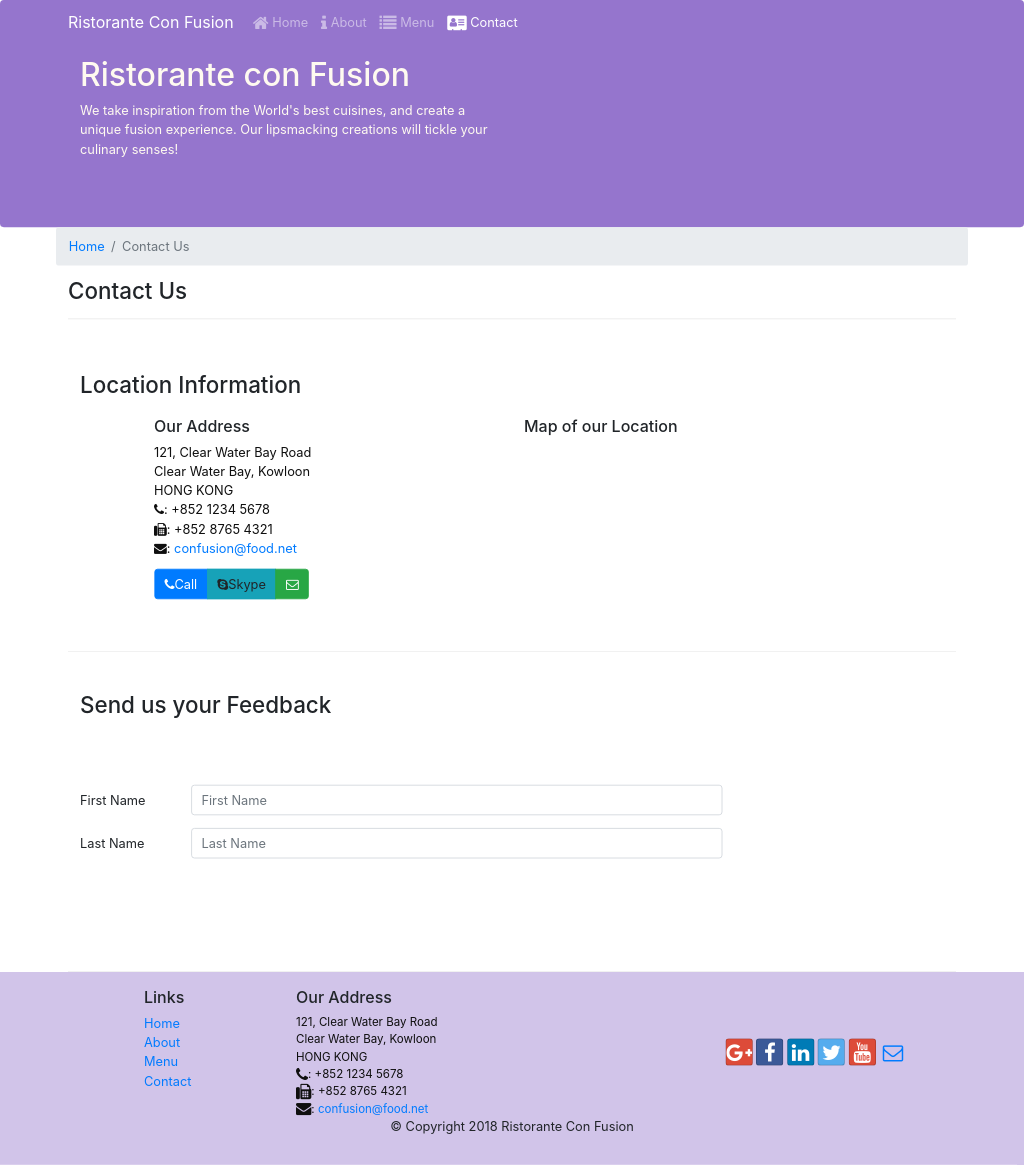
Repository: HwZau/conFusion
Page: contactus.html
The author's editor kept a copy of each file at every save. The page is drawn from the files as they stood at one save, then again after the next save.
The browser window is 1280 px wide. The pictures show the whole page, at 80% of full size.

Above is the page before, as saved 2022-05-19 09:43:45.

### contactus.html
<!DOCTYPE html>
<html lang="en">
  <head>
    <title>Ristorante Con Fusion: About Us</title>
    <!-- Required meta tags always come first -->
    <meta charset="utf-8" />
    <meta
      name="viewport"
      content="width=device-width, initial-scale=1, shrink-to-fit=no"
    />
    <meta http-equiv="x-ua-compatible" content="ie=edge" />

    <!-- Bootstrap CSS -->
    <link
      rel="stylesheet"
      href="node_modules/bootstrap/dist/css/bootstrap.min.css"
    />
    <link
      rel="stylesheet"
      href="node_modules/font-awesome/css/font-awesome.min.css"
    />
    <link
      rel="stylesheet"
      href="node_modules/bootstrap-social/bootstrap-social.css"
    />
    <link rel="stylesheet" href="css/style.css" />
  </head>

  <body>
    <nav class="navbar navbar-dark navbar-expand-sm fixed-top">
      <div class="container">
        <button
          class="navbar-toggler"
          type="button"
          data-toggle="collapse"
          data-target="#Navbar"
        >
          <span class="navbar-toggler-icon"></span>
        </button>
        <a class="navbar-brand" href="#">Ristorante Con Fusion</a>
        <div class="collapse navbar-collapse" id="Navbar">
          <ul class="navbar-nav mr-auto">
            <li class="nav-item">
              <a class="nav-link" href="./index.html"
                ><span class="fa fa-home fa-lg"></span> Home</a
              >
            </li>
            <li class="nav-item">
              <a class="nav-link" href="./aboutus.html"
                ><span class="fa fa-info fa-lg"></span> About</a
              >
            </li>
            <li class="nav-item">
              <a class="nav-link" href="#"
                ><span class="fa fa-list fa-lg"></span> Menu</a
              >
            </li>
            <li class="nav-item active">
              <a class="nav-link" href="#"
                ><span class="fa fa-address-card fa-lg"></span> Contact</a
              >
            </li>
          </ul>
        </div>
      </div>
    </nav>

    <header class="jumbotron">
      <div class="container">
        <div class="row row-header">
          <div class="col-12 col-sm-6">
            <h1>Ristorante con Fusion</h1>
            <p>
              We take inspiration from the World's best cuisines, and create a
              unique fusion experience. Our lipsmacking creations will tickle
              your culinary senses!
            </p>
          </div>
          <div class="col-12 col-sm"></div>
        </div>
      </div>
    </header>

    <div class="container">
      <div class="row">
        <ol class="col-12 breadcrumb">
          <li class="breadcrumb-item"><a href="./index.html">Home</a></li>
          <li class="breadcrumb-item active">Contact Us</li>
        </ol>
        <div class="col-12">
          <h3>Contact Us</h3>
          <hr />
        </div>
      </div>

      <div class="row row-content">
        <div class="col-12">
          <h3>Location Information</h3>
        </div>
        <div class="col-12 col-sm-4 offset-sm-1">
          <h5>Our Address</h5>
          <address style="font-size: 100%">
            121, Clear Water Bay Road<br />
            Clear Water Bay, Kowloon<br />
            HONG KONG<br />
            <i class="fa fa-phone"></i>: +852 1234 5678<br />
            <i class="fa fa-fax"></i>: +852 8765 4321<br />
            <i class="fa fa-envelope"></i>:
            <a href="mailto:confusion@food.net">confusion@food.net</a>
          </address>
        </div>
        <div class="col-12 col-sm-6 offset-sm-1">
          <h5>Map of our Location</h5>
        </div>
        <div class="col-12 col-sm-11 offset-sm-1">
          <div class="btn-group" role="group">
            <a role="button" class="btn btn-primary" href="tel:+85212345678"
              ><i class="fa fa-phone"></i>Call</a
            >
            <a role="button" class="btn btn-info"
              ><i class="fa fa-skype"></i>Skype</a
            >
            <a
              role="button"
              class="btn btn-success"
              href="mailto:confusion@food.net"
              ><i class="fa fa-envelope-o"></i
            ></a>
          </div>
        </div>
      </div>

      <div class="row row-content">
        <div class="col-12">
          <h3>Send us your Feedback</h3>
        </div>
        <div class="col-12 col-md-9">
          <form action="" class="form-group row">
            <label for="firstname" class="col-md-2 col-form-label"
              >First Name</label
            >
            <div class="col-md-10">
              <input
                type="text"
                class="form-control"
                id="firstname"
                name="firstname"
                placeholder="First Name"
              />
            </div>
          </form>
          <form action="" class="form-group row">
            <label for="lastname" class="col-md-2 col-form-label"
              >Last Name</label
            >
            <div class="col-md-10">
              <input
                type="text"
                class="form-control"
                id="lastname"
                name="lastname"
                placeholder="Last Name"
              />
            </div>
          </form>
        </div>
        <div class="col-12 col-md"></div>
      </div>
    </div>

    <footer class="footer">
      <div class="container">
        <div class="row">
          <div class="col-4 offset-1 col-sm-2">
            <h5>Links</h5>
            <ul class="list-unstyled">
              <li><a href="#">Home</a></li>
              <li><a href="#">About</a></li>
              <li><a href="#">Menu</a></li>
              <li><a href="#">Contact</a></li>
            </ul>
          </div>
          <div class="col-7 col-sm-5">
            <h5>Our Address</h5>
            <address>
              121, Clear Water Bay Road<br />
              Clear Water Bay, Kowloon<br />
              HONG KONG<br />
              <i class="fa fa-phone fa-lg"></i>: +852 1234 5678<br />
              <i class="fa fa-fax fa-lg"></i>: +852 8765 4321<br />
              <i class="fa fa-envelope fa-lg"></i>:
              <a href="mailto:confusion@food.net">confusion@food.net</a>
            </address>
          </div>
          <div class="col-12 col-sm-4 align-self-center">
            <div class="text-center">
              <a
                class="btn btn-social-icon btn-google"
                href="http://google.com/+"
                ><i class="fa fa-google-plus"></i
              ></a>
              <a
                class="btn btn-social-icon btn-facebook"
                href="http://www.facebook.com/profile.php?id="
                ><i class="fa fa-facebook"></i
              ></a>
              <a
                class="btn btn-social-icon btn-linkedin"
                href="http://www.linkedin.com/in/"
                ><i class="fa fa-linkedin"></i
              ></a>
              <a
                class="btn btn-social-icon btn-twitter"
                href="http://twitter.com/"
                ><i class="fa fa-twitter"></i
              ></a>
              <a
                class="btn btn-social-icon btn-google"
                href="http://youtube.com/"
                ><i class="fa fa-youtube"></i
              ></a>
              <a class="btn btn-social-icon" href="mailto:"
                ><i class="fa fa-envelope-o"></i
              ></a>
            </div>
          </div>
        </div>
        <div class="row justify-content-center">
          <div class="col-auto">
            <p>© Copyright 2018 Ristorante Con Fusion</p>
          </div>
        </div>
      </div>
    </footer>
    <!-- jQuery first, then Popper.js, then Bootstrap JS. -->
    <script src="node_modules/jquery/dist/jquery.slim.min.js"></script>
    <script src="node_modules/popper.js/dist/umd/popper.min.js"></script>
    <script src="node_modules/bootstrap/dist/js/bootstrap.min.js"></script>
  </body>
</html>

### css/style.css

.row-header {
	margin: 0px auto;
	padding: 0px auto;
}

.row-content {
	margin: 0 auto;
	padding: 50px 0px 50px 0px;
	border-bottom: 1px ridge;
	min-height: 400px;
}

.footer {
	background-color: #D1C4E9;
	margin: 0px auto;
	padding: 20px 0px 20px 0px;
}

.jumbotron {
	padding: 70px 30px 70px 30px;
	margin: 0px auto;
	background: #9575CD;
	color: floralwhite;
}

address {
	font-size: 90%;
	margin: 0px;
	color:#0f0f0f;
}

Loaded but not shown: node_modules/bootstrap/dist/css/bootstrap.min.css (library); node_modules/font-awesome/css/font-awesome.min.css (library); node_modules/bootstrap-social/bootstrap-social.css (library); node_modules/jquery/dist/jquery.slim.min.js (library); node_modules/popper.js/dist/umd/popper.min.js (library); node_modules/bootstrap/dist/js/bootstrap.min.js (library)

After the next save:
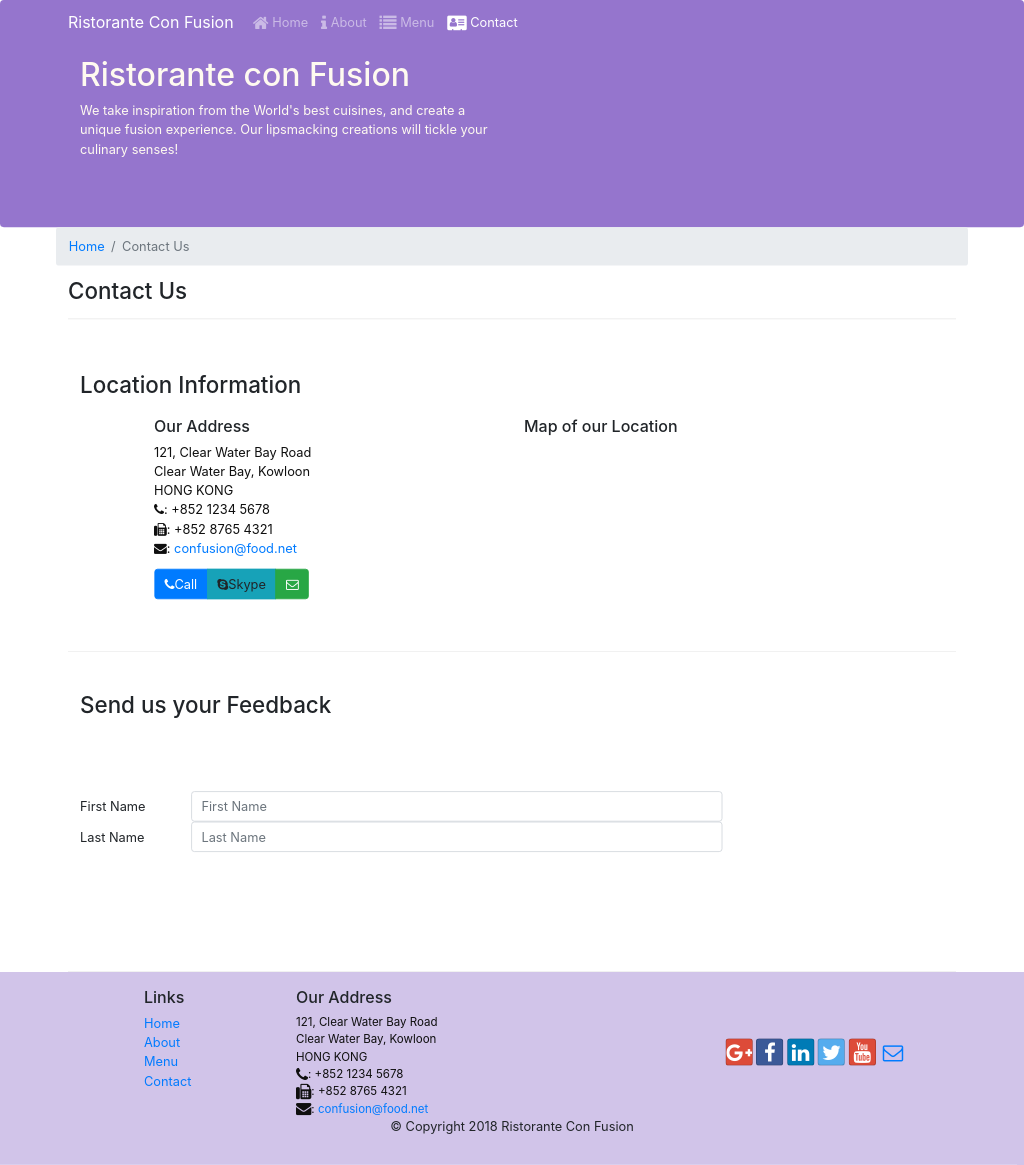
Saved 82 s later.
--- a/contactus.html
+++ b/contactus.html
@@ -148,8 +148,6 @@
                 placeholder="First Name"
               />
             </div>
-          </form>
-          <form action="" class="form-group row">
             <label for="lastname" class="col-md-2 col-form-label"
               >Last Name</label
             >
